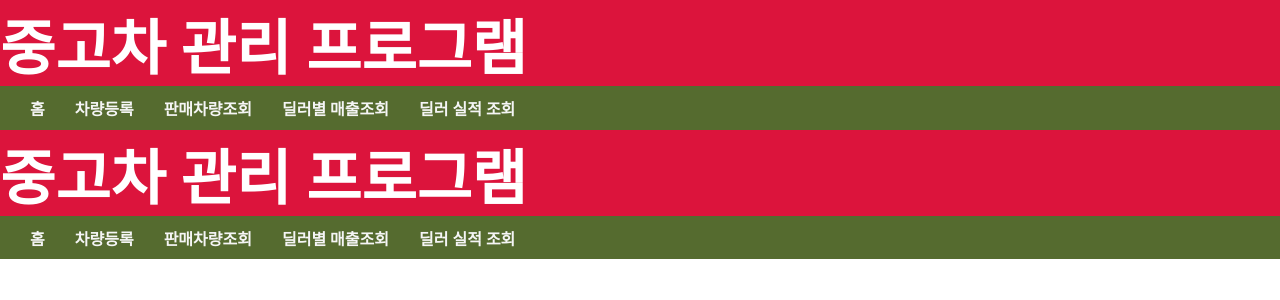
Repository: balhyo-younjisang/DigitechJSP
Page: http://localhost/car/
The author's editor kept a copy of each file at every save. The page is drawn from the files as they stood at one save, then again after the next save.
The browser window is 1280 px wide. The pictures show the whole page.
The page is served by Tomcat 9. Other server files are loaded and not shown.

Above is the page before, as saved 2025-04-17 06:41:12.

### pizza0403/car/src/main/webapp/index.jsp
<%@ page language="java" contentType="text/html; charset=UTF-8"
    pageEncoding="UTF-8"%>
<!DOCTYPE html>
<html>
<head>
<meta charset="UTF-8">
<title>중고차 관리 프로그램</title>
<link rel="stylesheet" href="./css/style.css">
</head>
<body>
	<%@ include file="./component/header.jsp" %>
	<%@ include file="./component/header.jsp" %>
</body>
</html>

### pizza0403/car/src/main/webapp/component/header.jsp
<%@ page language="java" contentType="text/html; charset=UTF-8"
    pageEncoding="UTF-8"%>
<header>
	<div>
		<h1>중고차 관리 프로그램</h1>
	</div>
	<nav>
		<ul class="gnb">
			<li><a href="index.jsp">홈</a></li>
			<li><a href="register.jsp">차량등록</a></li>
			<li><a href="car.jsp">판매차량조회</a></li>
			<li><a href="price.jsp">딜러별 매출조회</a></li>
			<li><a href="dealer.jsp">딜러 실적 조회</a></li>
		</ul>
	</nav>
</header>

### pizza0403/car/src/main/webapp/css/style.css
@charset "UTF-8";


* {
	margin: 0;
	padding: 0;
	box-sizing: border-box;
}

a {
	text-decoration: none;
	color: inherit;
}

ul, li {
	list-style: none;
}

header {
	width: 100vw;
	height: 18vh;
}

header div {
	width: 100%;
	height: 12vh;
	background-color: crimson;
	color: white;
	font-size: 30px;
	font-weight: bold;
}

header nav .gnb {
	display: flex;
	align-items: center;
	gap: 30px;
	padding-left: 30px;
	width: 100vw;
	height: 6vh;
	background-color: darkolivegreen;
	color: whitesmoke;
	font-weight: bold;
}

footer {
	display: flex;
	width: 100vw;
	height: 6vh;
	background-color: crimson;
	color: white;
	align-items: center;
	justify-content: center;
	font-size: 28px;
	font-weight: bold;
}

### pizza0403/car/src/main/webapp/component/footer.jsp
<%@ page language="java" contentType="text/html; charset=UTF-8"
    pageEncoding="UTF-8"%>
<footer>
	<h3>&copy; 2025 중고차 관리 시스템</h3>
</footer>

After the next save:
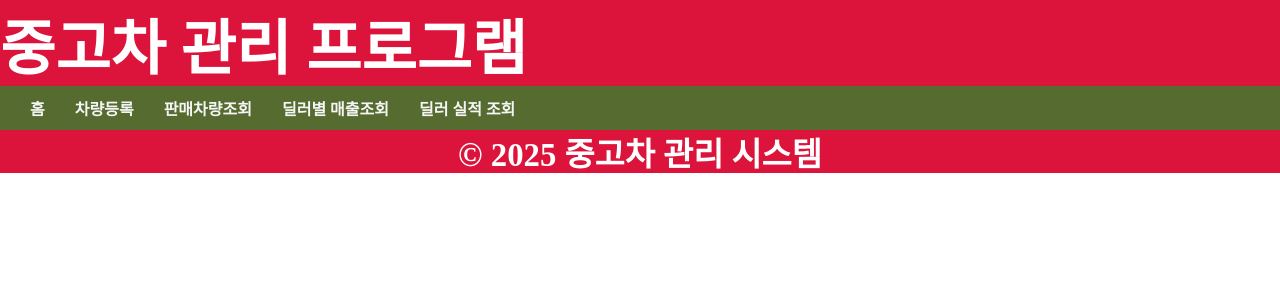
Saved 4 s later.
--- a/pizza0403/car/src/main/webapp/index.jsp
+++ b/pizza0403/car/src/main/webapp/index.jsp
@@ -9,6 +9,6 @@
 </head>
 <body>
 	<%@ include file="./component/header.jsp" %>
-	<%@ include file="./component/header.jsp" %>
+	<%@ include file="./component/footer.jsp" %>
 </body>
 </html>
